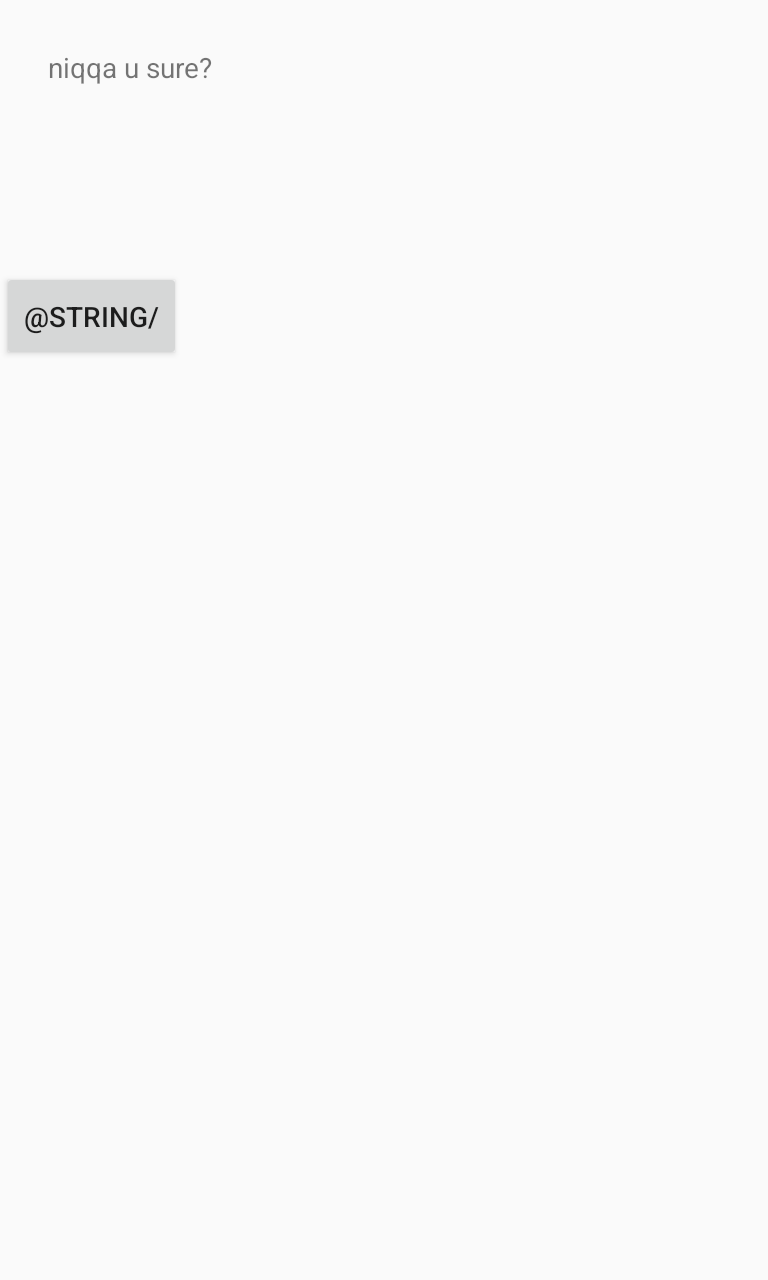
Repository: yuzhehu/workspace-androids
Layout: LoginAndPass/res/layout/activity_niqqa.xml
These files come from the project's save history. The layout is drawn as it stood at one moment and after the next save; the edit follows.
It is drawn on a 768 x 1280 px phone screen (xhdpi) without system bars, with theme AppTheme; the app's code is not run.

Above is the layout before, as saved 2014-09-13 02:44:24.

### LoginAndPass/res/layout/activity_niqqa.xml
<?xml version="1.0" encoding="utf-8"?>
<LinearLayout xmlns:android="http://schemas.android.com/apk/res/android"
    android:layout_width="match_parent"
    android:layout_height="match_parent"
    android:orientation="vertical" >

    <TextView
        android:layout_width="wrap_content"
        android:layout_height="wrap_content"
        android:padding="24dp"
        android:text="@string/warning_text" />

    <TextView
        android:id="@+id/answerTextView"
        android:layout_width="wrap_content"
        android:layout_height="wrap_content"
        android:padding="24dp" />
    <Button
        android:id="@+id/showAnswerButton"
        android:layout_width="wrap_content"
        android:layout_height="wrap_content"
        android:text="@string/"
        />

</LinearLayout>

### LoginAndPass/res/values/strings.xml
<?xml version="1.0" encoding="utf-8"?>
<resources>

    <string name="app_name">LoginAndPass</string>
    <string name="hello_world">Hello world!</string>
    <string name="action_settings">Settings</string>
    <string name="user_name">yuzhe</string>
    <string name="pass_word">12345</string>

    <string name="detonate">BOOM!</string>
    <string name="login_button">log fucking in mother fucker</string>
    <string name="warning_text">niqqa u sure?</string>
    <string name="judgment_toast">GET THE FUCK OUT</string>

</resources>

Loaded but not shown: LoginAndPass/res/values/styles.xml (common file); LoginAndPass/res/values-v11/styles.xml (common file); LoginAndPass/res/values-v14/styles.xml (common file)

After the next save:
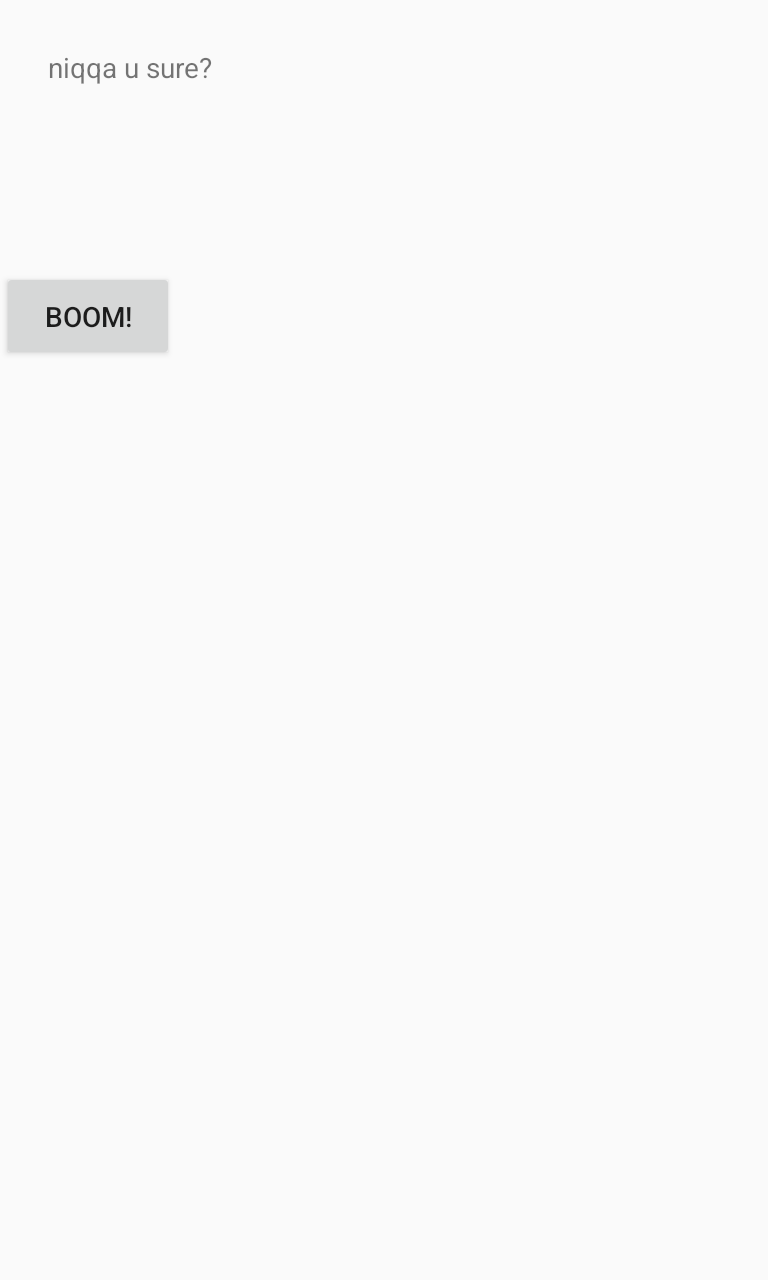
Saved 7 s later.
--- a/LoginAndPass/res/layout/activity_niqqa.xml
+++ b/LoginAndPass/res/layout/activity_niqqa.xml
@@ -19,7 +19,8 @@
         android:id="@+id/showAnswerButton"
         android:layout_width="wrap_content"
         android:layout_height="wrap_content"
-        android:text="@string/"
+        android:text="@string/detonate"
+
         />
 
 </LinearLayout>
